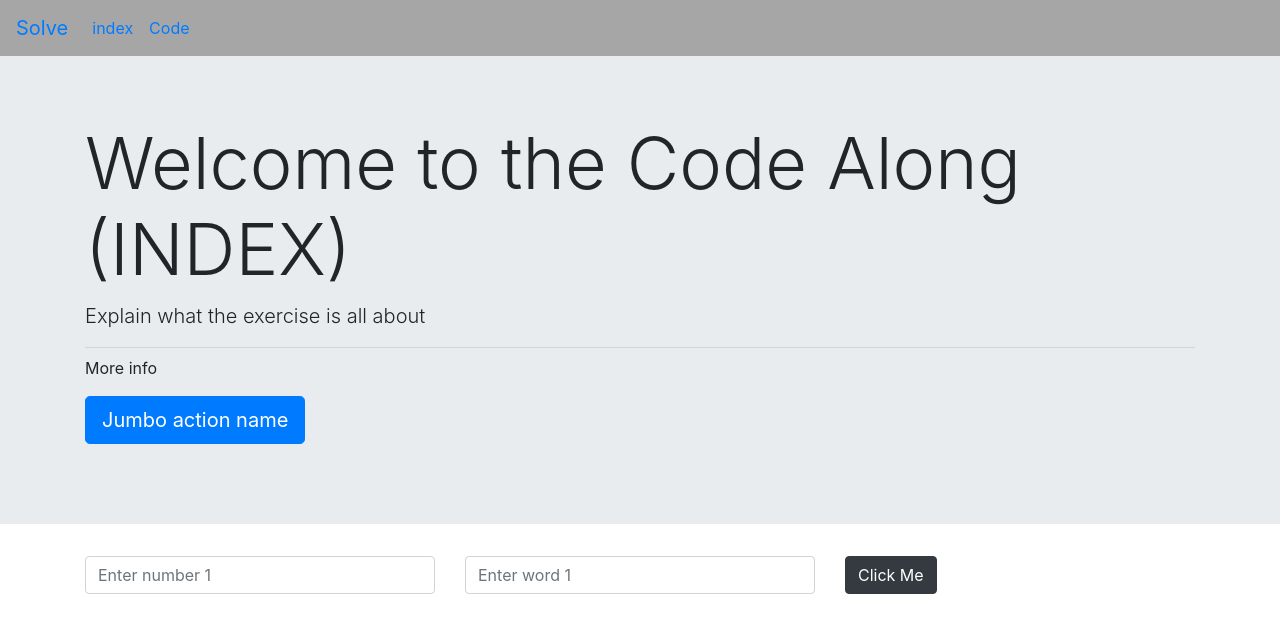
Repository: zhadjah9559/TacocatGrammar
Page: solve.html
These files come from the project's save history. The page is drawn as it stood at one moment and after the next save; the edit follows.
The browser window is 1280 px wide. The pictures show the whole page.

Above is the page before, as saved 2021-01-11 23:24:39.

### solve.html
<!doctype html>
<html lang="en">
  <head>
    <title>Solve</title>
    <!-- Required meta tags -->
    <meta charset="utf-8">
    <meta name="viewport" content="width=device-width, initial-scale=1, shrink-to-fit=no">

    <!-- Bootstrap CSS -->
    <link rel="stylesheet" href="https://stackpath.bootstrapcdn.com/bootstrap/4.3.1/css/bootstrap.min.css" integrity="sha384-ggOyR0iXCbMQv3Xipma34MD+dH/1fQ784/j6cY/iJTQUOhcWr7x9JvoRxT2MZw1T" crossorigin="anonymous">
  </head>
  <body>


    <nav class="navbar navbar-expand-sm" style="background-color: #A6A6A6;">
        <a class="navbar-brand" href="#">Solve</a>
        <button class="navbar-toggler d-lg-none" type="button" data-toggle="collapse" data-target="#collapsibleNavId" aria-controls="collapsibleNavId"
            aria-expanded="false" aria-label="Toggle navigation"></button>
        <div class="collapse navbar-collapse" id="collapsibleNavId">
            <ul class="navbar-nav mr-auto mt-2 mt-lg-0">
                <li class="nav-item active">
                    <a class="nav-link" href="index.html">index <span class="sr-only">(current)</span></a>
                </li>
                <li class="nav-item">
                    <a class="nav-link" href="code.html">Code</a>
                </li>
            </ul>
        </div>
    </nav>


    <div class="jumbotron jumbotron-fluid">
        <div class="container">
            <h1 class="display-3">Welcome to the Code Along (INDEX)</h1>
            <p class="lead">Explain what the exercise is all about</p>
            <hr class="my-2">
            <p>More info</p>
            <p class="lead">
                <a class="btn btn-primary btn-lg" href="Jumbo action link" role="button">Jumbo action name</a>
            </p>
        </div>
    </div>

    <div class="container">
        <div class="row">
            <!--col 1 is input-->
            <div class="col">
                <input id="input1" type="text" class="form-control" placeholder="Enter number 1">
            </div>

            <!--col 2 is input-->
            <div class="col">
                <input id="input2" type="text" class="form-control" placeholder="Enter word 1">
            </div>

            <!--col 3 is a button-->
            <!--but is what we'll use to iplement listner-->
            <div class="col">
                <button id="btnDemo" class="btn btn-dark">Click Me</button>
            </div>
        </div>
    </div>




    <!-- Optional JavaScript -->
    <!-- jQuery first, then Popper.js, then Bootstrap JS -->
    <script src="https://code.jquery.com/jquery-3.3.1.slim.min.js" integrity="sha384-q8i/X+965DzO0rT7abK41JStQIAqVgRVzpbzo5smXKp4YfRvH+8abtTE1Pi6jizo" crossorigin="anonymous"></script>
    <script src="https://cdnjs.cloudflare.com/ajax/libs/popper.js/1.14.7/umd/popper.min.js" integrity="sha384-UO2eT0CpHqdSJQ6hJty5KVphtPhzWj9WO1clHTMGa3JDZwrnQq4sF86dIHNDz0W1" crossorigin="anonymous"></script>
    <script src="https://stackpath.bootstrapcdn.com/bootstrap/4.3.1/js/bootstrap.min.js" integrity="sha384-JjSmVgyd0p3pXB1rRibZUAYoIIy6OrQ6VrjIEaFf/nJGzIxFDsf4x0xIM+B07jRM" crossorigin="anonymous"></script>
  </body>
</html>

After the next save:
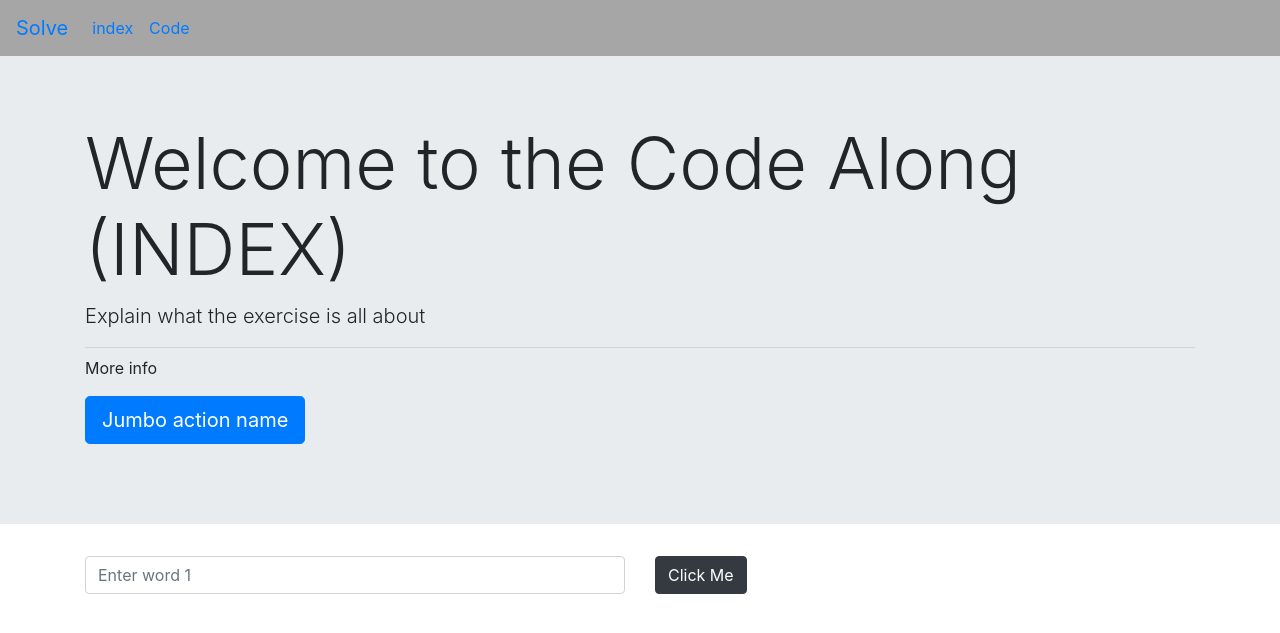
Saved 16 s later.
--- a/solve.html
+++ b/solve.html
@@ -43,11 +43,6 @@
 
     <div class="container">
         <div class="row">
-            <!--col 1 is input-->
-            <div class="col">
-                <input id="input1" type="text" class="form-control" placeholder="Enter number 1">
-            </div>
-
             <!--col 2 is input-->
             <div class="col">
                 <input id="input2" type="text" class="form-control" placeholder="Enter word 1">
